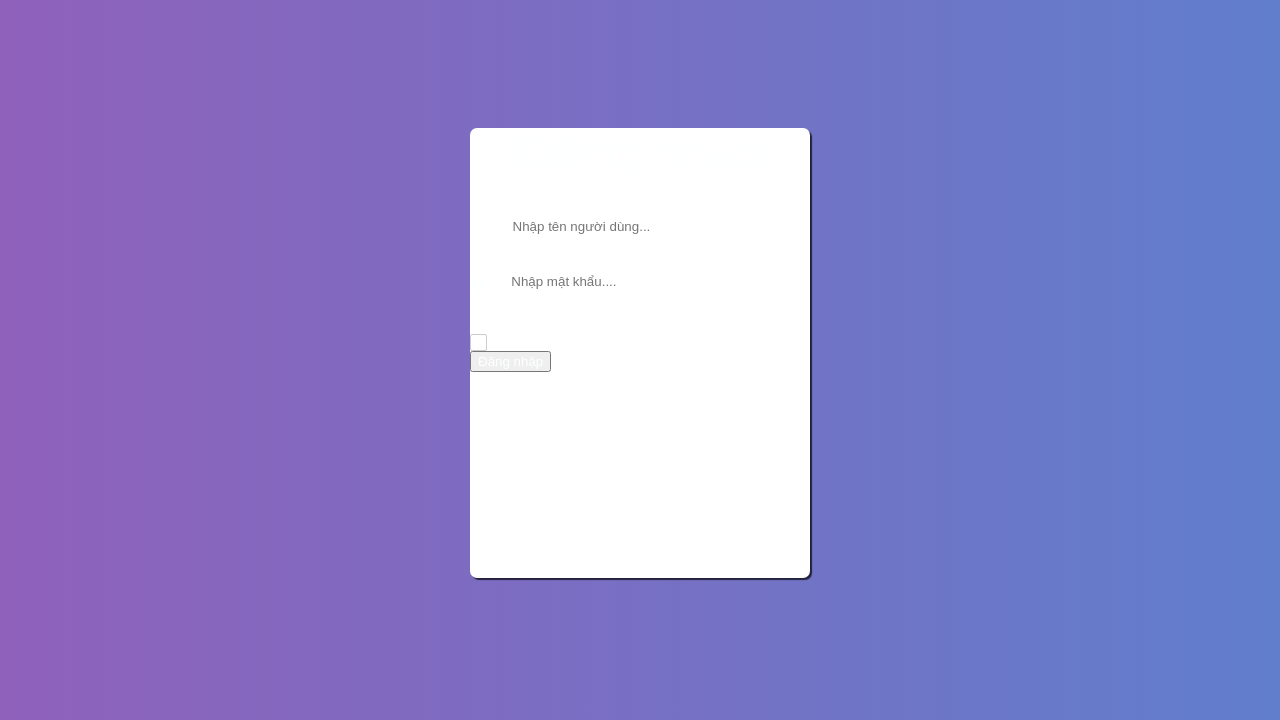
Repository: Nieday306/shophoaqua
Page: login.html
These files come from the project's save history. The page is drawn as it stood at one moment and after the next save; the edit follows.
The browser window is 1280 px wide. The pictures show the whole page.

Above is the page before, as saved 2024-04-06 18:08:28.

### login.html
<!DOCTYPE html>
<html lang="en">
  <head>
    <meta charset="UTF-8" />
    <meta name="viewport" content="width=device-width, initial-scale=1.0" />
    <!-- reset css -->
    <link rel="stylesheet" href="./assets/css/reset.css" />
    <!-- style css -->
    <link rel="stylesheet" href="./assets/css/style.css" />
    <!-- login css -->
    <link rel="stylesheet" href="./assets/css/login.css" />
    <!-- font  -->
    <link rel="stylesheet" href="./assets/font/stylesheet.css" />
    <title>CTN - Đăng nhập</title>
    <!-- font awesome -->
    <link
      rel="stylesheet"
      href="https://cdnjs.cloudflare.com/ajax/libs/font-awesome/4.7.0/css/font-awesome.min.css"
    />
  </head>
  <body>
    <main>
      <div class="login">
        <form
          action="https://api-gateway.fullstack.edu.vn/action_page.php"
          method="post"
          autocomplete="off"
        >
          <h1 class="login-title">Đăng nhập</h1>
          <div class="form-group">
            <div class="row row-text">
              <label for="username"
                ><i class="fa fa-user-o" style="font-size: 24px"></i
              ></label>
              <input
                type="text"
                name="username"
                id="username"
                placeholder="Nhập tên người dùng..."
                required
                minlength="8"
              />
            </div>
            <p class="form-error">* Nhập từ 8 ký tự trở lên</p>
          </div>
          <div class="form-group">
            <div class="row row-text">
              <label for="password">
                <i class="fa fa-lock" style="font-size: 30px"></i>
              </label>
              <input
                type="text"
                name="password"
                id="password"
                placeholder="Nhập mật khẩu...."
                required
                minlength="8"
              />
            </div>
            <p class="form-error">* Nhập từ 8 kí tự trở lên</p>
          </div>
          <div class="form-group">
            <div class="row row-remember">
              <input type="checkbox" name="remember" id="remember" hidden />
              <label class="remember" for="remember">Lưu đăng nhập</label>
              <a href="#!" class="forgot-pass">Quên mật khẩu?</a>
            </div>
          </div>
          <div class="form-group">
            <div class="row">
              <input type="submit" value="Đăng nhập" />
            </div>
          </div>
        </form>
      </div>
    </main>
  </body>
</html>

### assets/css/style.css
* {
  box-sizing: border-box;
}

html,
body {
  scroll-behavior: smooth;
}

html {
  font-size: 62.5%;
}

body {
  font-size: 1.6rem;
  font-family: "Poppins", sans-serif;
  margin: 0px auto;
}

### assets/css/login.css
:root {
  --color-word: #feffff;
}

body {
  background-image: linear-gradient(to right, #8f61bb, #607ecc);
}

/* ==================common=================== */
a {
  text-decoration: none;
  color: var(--color-word);
  font-size: 1.4rem;
  font-weight: 500;
}
/* main */

main {
  display: flex;
}

.login {
  background-color: #fff;
  width: 340px;
  min-height: 450px;
  margin: 10% auto;
  border-radius: 7px;
  box-shadow: 2px 2px 1px rgb(0, 0, 0, 0.7);
}

.row {
  display: flex;
  justify-content: space-between;
  align-items: center;
}

.login-title {
  font-size: 4.6rem;
  font-weight: 500;
  color: var(--color-word);
  text-align: center;
  margin-bottom: 40px;
}

.fa,
input {
  color: var(--color-word);
}

input[type="text"] {
  width: 100%;
  background-color: transparent;
  outline: none;
  border: none;
  margin-left: 20px;
}

.row-text {
  padding-bottom: 10px;
  border-bottom: 1px solid var(--color-word);
}

.form-error {
  color: red;
  font-size: 1.4rem;
  margin-top: 3px;
  visibility: hidden;
}

input[type="text"]:has(:invalid) ~ .form-error {
  visibility: visible;
}

.row-remember {
  margin-top: 10px;
}

.remember {
  position: relative;
  display: flex;
  align-items: center;
  gap: 10px;
  color: var(--color-word);
  font-size: 1.4rem;
}

.remember::before {
  content: "";
  display: inline-block;
  width: 15px;
  height: 15px;
  background-color: #fff;
  border: 1px solid#ccc;
  border-radius: 2px;
}

input[type="checkbox"]:checked ~ .remember::after {
  position: absolute;
  content: "";
  display: inline-block;
  height: 5px;
  width: 10px;
  top: 2px;
  left: 2px;
  border: 3px solid #737499;
  border-top: none;
  border-right: none;
  rotate: -45deg;
}

.remember::before,
.remember::after {
  cursor: pointer;
}

.forgot-pass {
}

### assets/font/stylesheet.css
@font-face {
    font-family: 'Poppins';
    src: url('Poppins-Black.woff2') format('woff2'),
        url('Poppins-Black.woff') format('woff');
    font-weight: 900;
    font-style: normal;
    font-display: swap;
}

@font-face {
    font-family: 'Poppins';
    src: url('Poppins-Bold.woff2') format('woff2'),
        url('Poppins-Bold.woff') format('woff');
    font-weight: bold;
    font-style: normal;
    font-display: swap;
}

@font-face {
    font-family: 'Poppins';
    src: url('Poppins-BlackItalic.woff2') format('woff2'),
        url('Poppins-BlackItalic.woff') format('woff');
    font-weight: 900;
    font-style: italic;
    font-display: swap;
}

@font-face {
    font-family: 'Poppins';
    src: url('Poppins-BoldItalic.woff2') format('woff2'),
        url('Poppins-BoldItalic.woff') format('woff');
    font-weight: bold;
    font-style: italic;
    font-display: swap;
}

@font-face {
    font-family: 'Poppins';
    src: url('Poppins-ExtraLightItalic.woff2') format('woff2'),
        url('Poppins-ExtraLightItalic.woff') format('woff');
    font-weight: 200;
    font-style: italic;
    font-display: swap;
}

@font-face {
    font-family: 'Poppins';
    src: url('Poppins-ExtraBoldItalic.woff2') format('woff2'),
        url('Poppins-ExtraBoldItalic.woff') format('woff');
    font-weight: bold;
    font-style: italic;
    font-display: swap;
}

@font-face {
    font-family: 'Poppins';
    src: url('Poppins-ExtraBold.woff2') format('woff2'),
        url('Poppins-ExtraBold.woff') format('woff');
    font-weight: bold;
    font-style: normal;
    font-display: swap;
}

@font-face {
    font-family: 'Poppins';
    src: url('Poppins-Italic.woff2') format('woff2'),
        url('Poppins-Italic.woff') format('woff');
    font-weight: normal;
    font-style: italic;
    font-display: swap;
}

@font-face {
    font-family: 'Poppins';
    src: url('Poppins-ExtraLight.woff2') format('woff2'),
        url('Poppins-ExtraLight.woff') format('woff');
    font-weight: 200;
    font-style: normal;
    font-display: swap;
}

@font-face {
    font-family: 'Poppins';
    src: url('Poppins-Regular.woff2') format('woff2'),
        url('Poppins-Regular.woff') format('woff');
    font-weight: normal;
    font-style: normal;
    font-display: swap;
}

@font-face {
    font-family: 'Poppins';
    src: url('Poppins-LightItalic.woff2') format('woff2'),
        url('Poppins-LightItalic.woff') format('woff');
    font-weight: 300;
    font-style: italic;
    font-display: swap;
}

@font-face {
    font-family: 'Poppins';
    src: url('Poppins-SemiBold.woff2') format('woff2'),
        url('Poppins-SemiBold.woff') format('woff');
    font-weight: 600;
    font-style: normal;
    font-display: swap;
}

@font-face {
    font-family: 'Poppins';
    src: url('Poppins-Light.woff2') format('woff2'),
        url('Poppins-Light.woff') format('woff');
    font-weight: 300;
    font-style: normal;
    font-display: swap;
}

@font-face {
    font-family: 'Poppins';
    src: url('Poppins-Medium.woff2') format('woff2'),
        url('Poppins-Medium.woff') format('woff');
    font-weight: 500;
    font-style: normal;
    font-display: swap;
}

@font-face {
    font-family: 'Poppins';
    src: url('Poppins-MediumItalic.woff2') format('woff2'),
        url('Poppins-MediumItalic.woff') format('woff');
    font-weight: 500;
    font-style: italic;
    font-display: swap;
}

@font-face {
    font-family: 'Poppins';
    src: url('Poppins-Thin.woff2') format('woff2'),
        url('Poppins-Thin.woff') format('woff');
    font-weight: 100;
    font-style: normal;
    font-display: swap;
}

@font-face {
    font-family: 'Poppins';
    src: url('Poppins-ThinItalic.woff2') format('woff2'),
        url('Poppins-ThinItalic.woff') format('woff');
    font-weight: 100;
    font-style: italic;
    font-display: swap;
}

@font-face {
    font-family: 'Poppins';
    src: url('Poppins-SemiBoldItalic.woff2') format('woff2'),
        url('Poppins-SemiBoldItalic.woff') format('woff');
    font-weight: 600;
    font-style: italic;
    font-display: swap;
}

Loaded but not shown: assets/css/reset.css (common file)

After the next save:
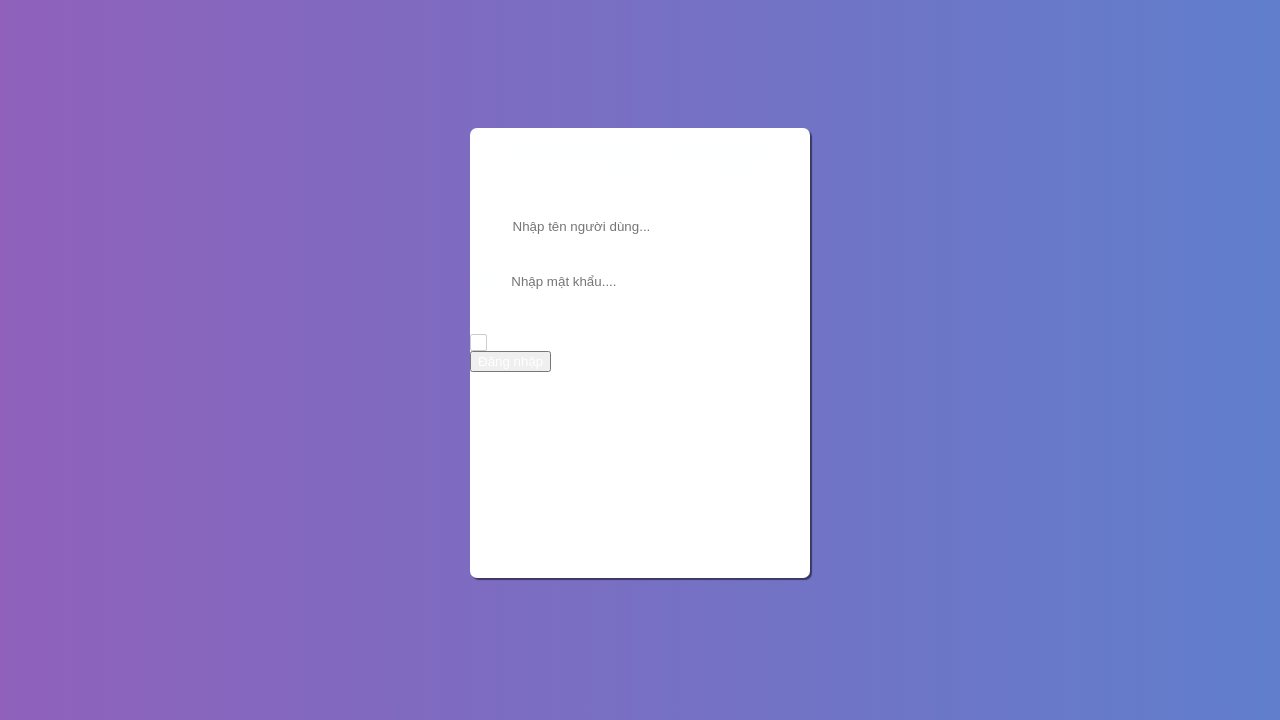
Saved 10 s later.
--- a/assets/css/login.css
+++ b/assets/css/login.css
@@ -25,7 +25,7 @@ main {
   min-height: 450px;
   margin: 10% auto;
   border-radius: 7px;
-  box-shadow: 2px 2px 1px rgb(0, 0, 0, 0.7);
+  box-shadow: 2px 2px 1px rgb(0, 0, 0, 0.5);
 }
 
 .row {
